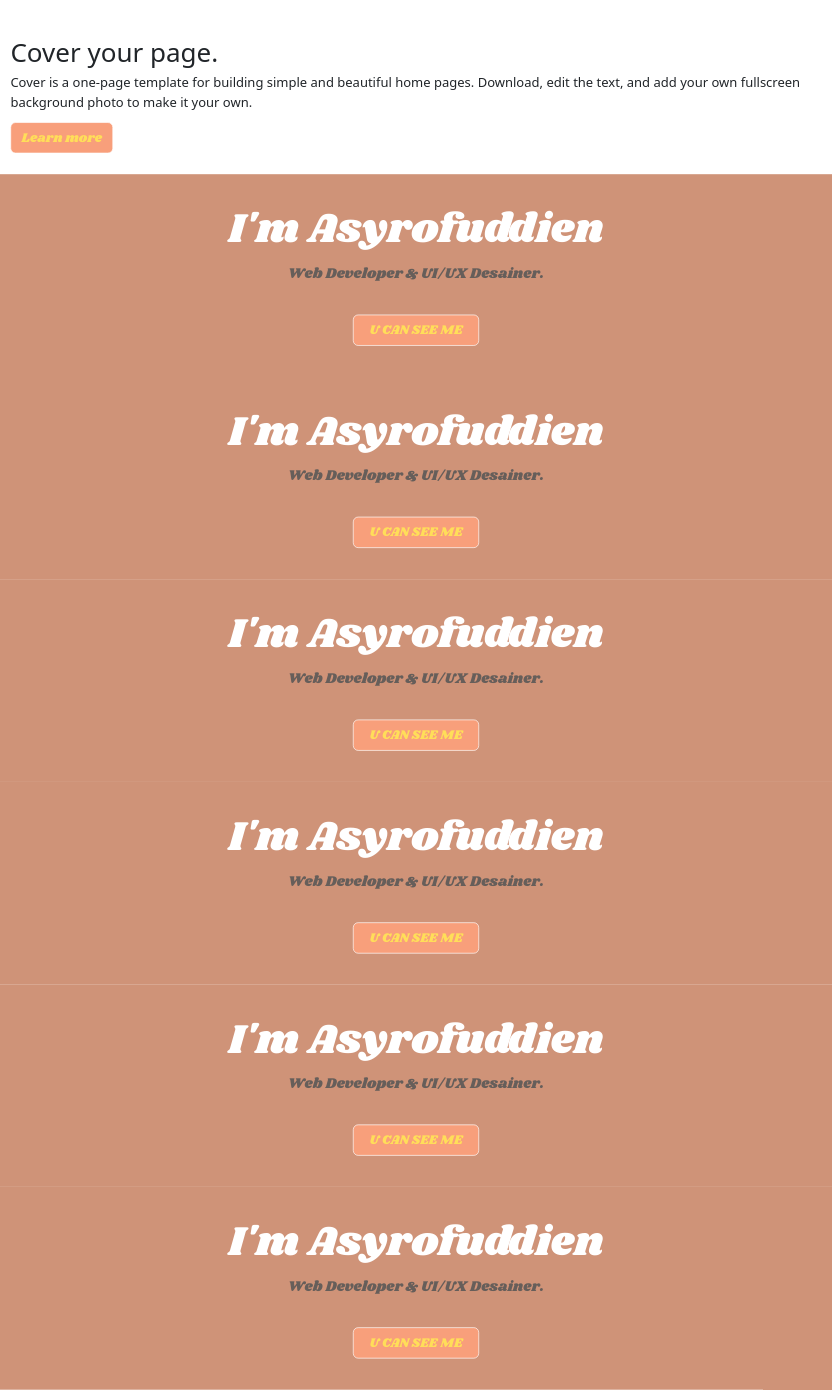
Repository: zetta-muhammad-asyrofuddien/Html-Css-ZettaCAmp
Page: Day1/Portofolio/index.html
An editor plug-in stored every save of this project. The page is shown before and after the next save, followed by the edit.
The browser window is 1280 px wide. The pictures show the whole page, at 65% of full size.

Above is the page before, as saved 2023-07-05 05:05:18.

After the next save:
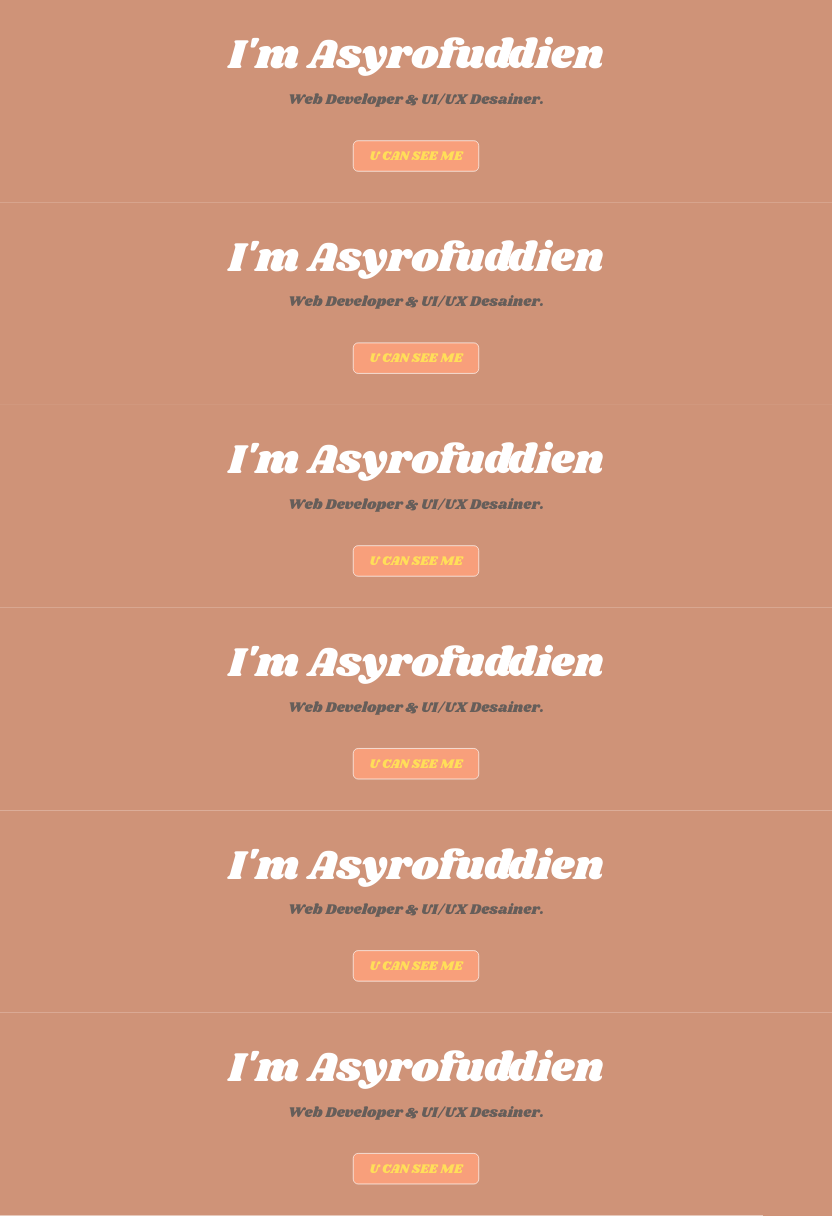
Saved 56 s later.
--- a/Day1/Portofolio/index.html
+++ b/Day1/Portofolio/index.html
@@ -8,32 +8,6 @@
     <link rel="stylesheet" type="text/css" href="./syle.css" />
   </head>
   <body>
-    <section class="Navbar">
-        <div class="cover-container d-flex h-100 p-3 mx-auto flex-column">
-            <header class="masthead mb-auto">
-              <div class="inner">
-
-                <nav class="nav nav-masthead justify-content-center">
-                  <a class="nav-link active" href="#">Home</a>
-                  <a class="nav-link" href="#">Features</a>
-                  <a class="nav-link" href="#">Contact</a>
-                </nav>
-              </div>
-            </header>
-
-            <div role="main" class="inner cover">
-              <h1 class="cover-heading">Cover your page.</h1>
-              <p class="lead">Cover is a one-page template for building simple and beautiful home pages. Download, edit the text, and add your own fullscreen background photo to make it your own.</p>
-              <p class="lead">
-                <a href="#" class="btn btn-lg btn-secondary">Learn more</a>
-              </p>
-            </div>
-
-
-          </div>
-        </nav>
-      </div>
-    </section>
     <section class="perkenalan mt-0">
       <div class="px-4 py-5 my-0 text-center">
         <h1 class="nama mb-3">I'm Asyrofuddien</h1>
